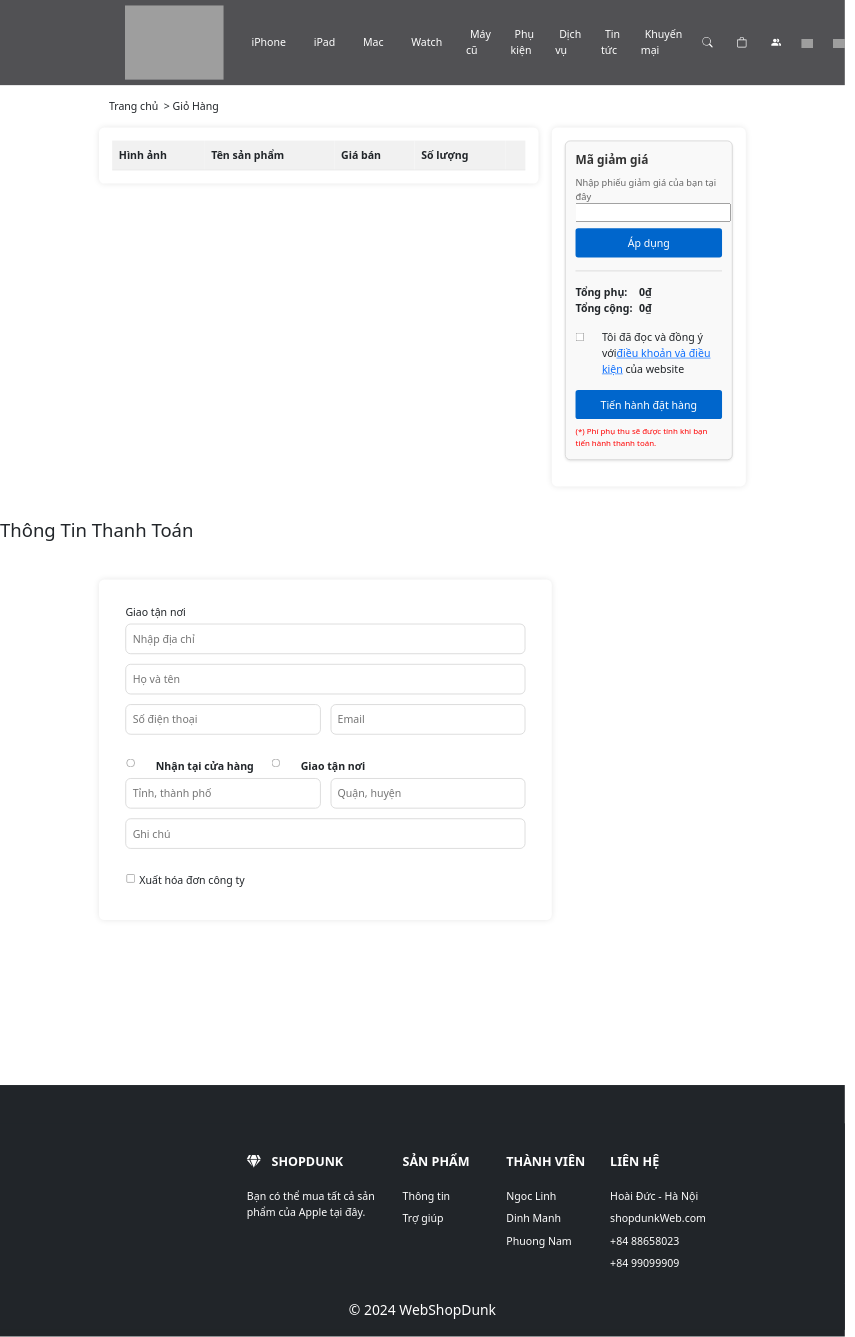
Repository: 20092004nam2k4/FE-ShopDunk
Page: /cart
The author's editor kept a copy of each file at every save. The page is drawn from the files as they stood at one save, then again after the next save.
The browser window is 1280 px wide. The page is 1296 px wide, so the pictures cover 1296 px, including what lies to the right of the window. The pictures show the whole page, at 66% of full size.
Pictures or frames that could not be fetched are drawn as grey boxes. The page's requests for data from a server got no answer. The project was rebuilt for these pictures with package versions that can differ from the ones it lists, and the page was loaded fresh each time. No one was signed in, and anything a server would have sent is missing. Also part of the build but not shown: src/component/common/SlideImage.css, src/component/common/SlideImage.js, src/component/product/ProductList.css, src/component/product/ProductList.js, src/component/product/ProductDetail.css, src/component/product/ProductDetail.js, src/component/user/LoginUser.js, src/component/user/UserProfile.js and 3 more.

Above is the page before, as saved 2024-06-10 13:56:09.

After the next save:
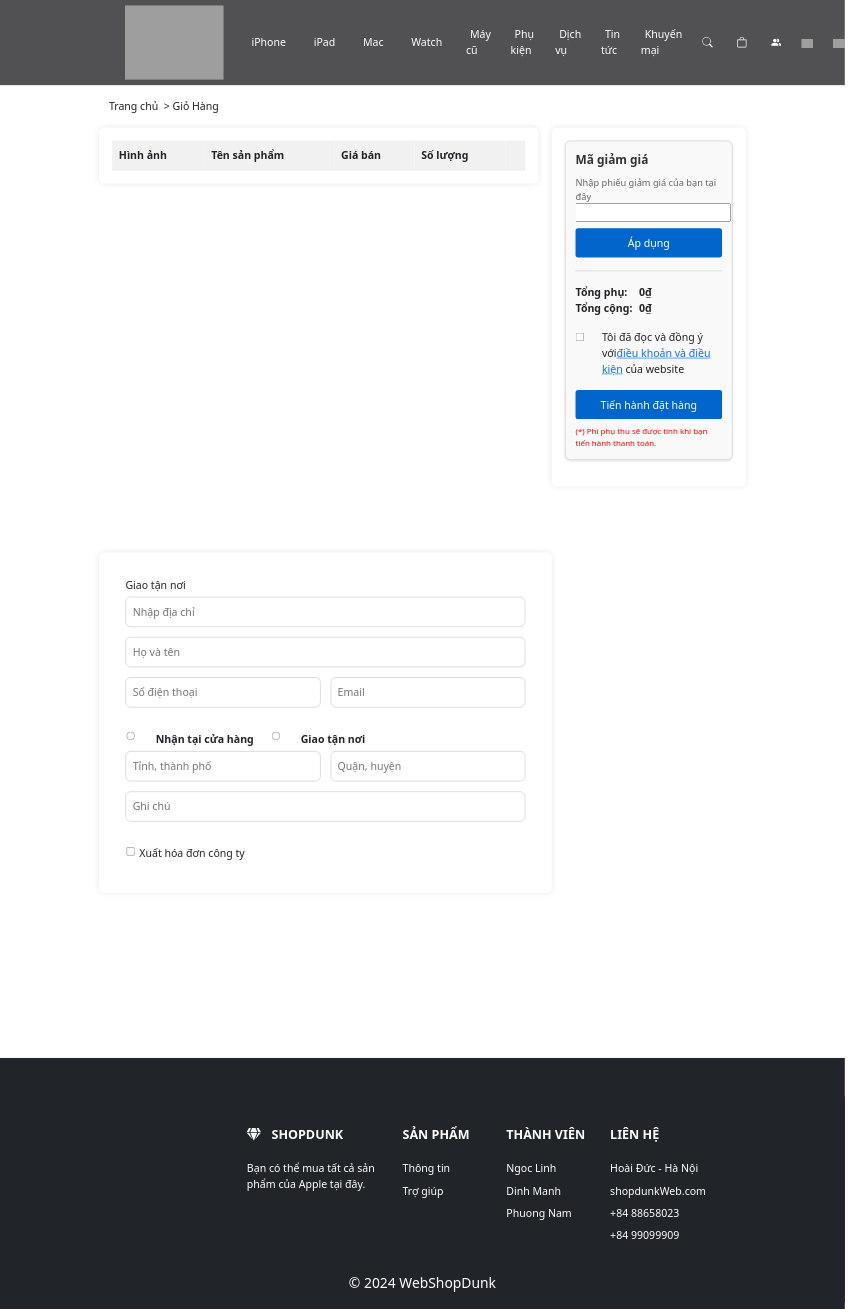
Saved 13 s later.
--- a/src/component/cart/CartPage.js
+++ b/src/component/cart/CartPage.js
@@ -275,7 +275,7 @@
         </div>
       </div>
         </div>
-        <h3>Thông Tin Thanh Toán</h3>
+
 
       <div className="tong-bot">
         <div class="left">
